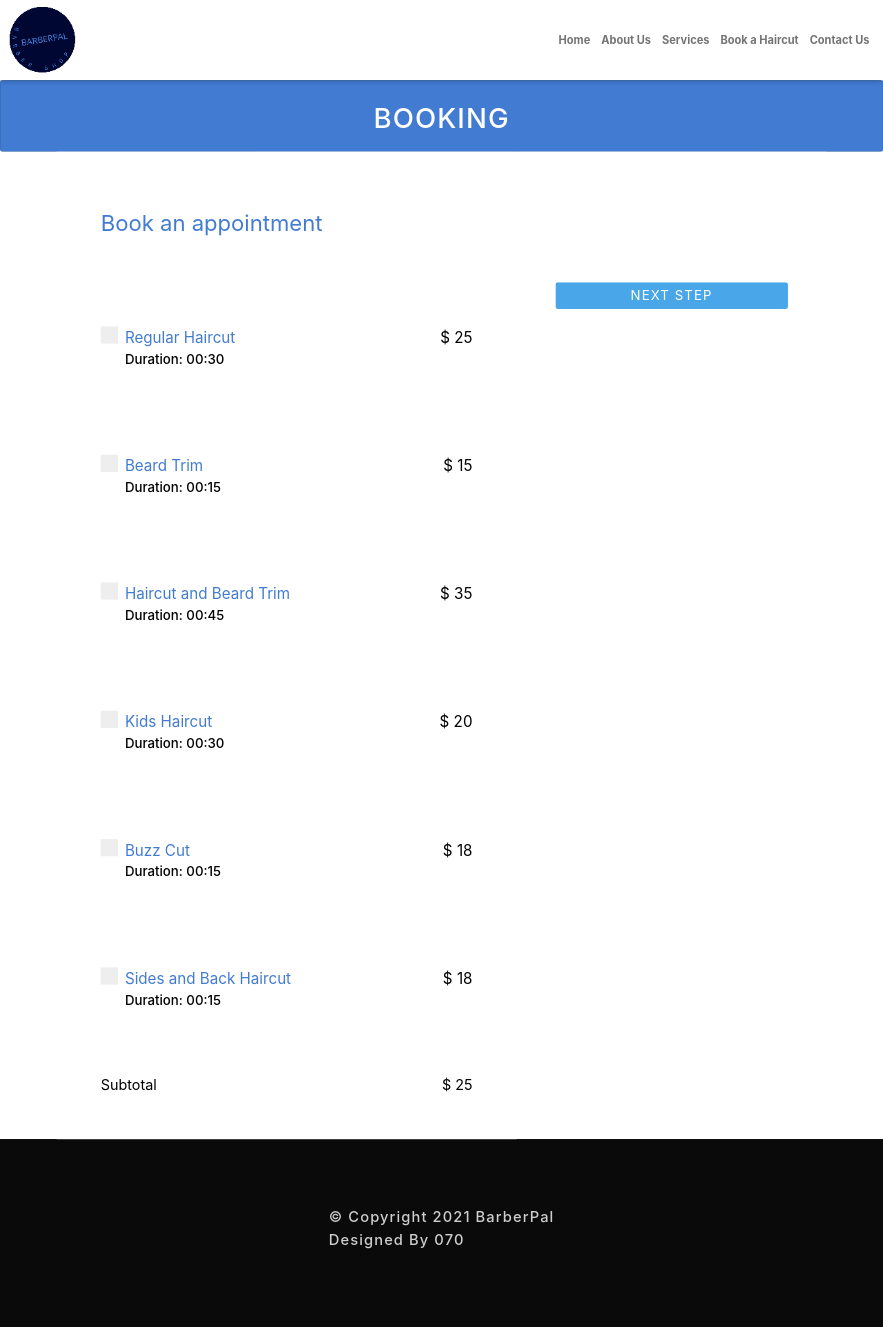
Repository: ofovweewere/haircutPal
Page: /services
An editor plug-in stored every save of this project. The page is shown before and after the next save, followed by the edit.
The browser window is 1280 px wide. The pictures show the whole page, at 69% of full size.
The project was rebuilt for these pictures with package versions that can differ from the ones it lists, and the page was loaded fresh each time. Also part of the build but not shown: src/tutorial/0-Practice/bookCut.js, src/tutorial/0-Practice/about.js, src/tutorial/0-Practice/servicesAndProducts.js, src/tutorial/0-Practice/contact.js, src/tutorial/0-Practice/landing.js, src/tutorial/0-Practice/checkboxOptionTwo.js, src/tutorial/0-Practice/error.js.

Above is the page before, as saved 2022-06-24 17:19:01.

After the next save:
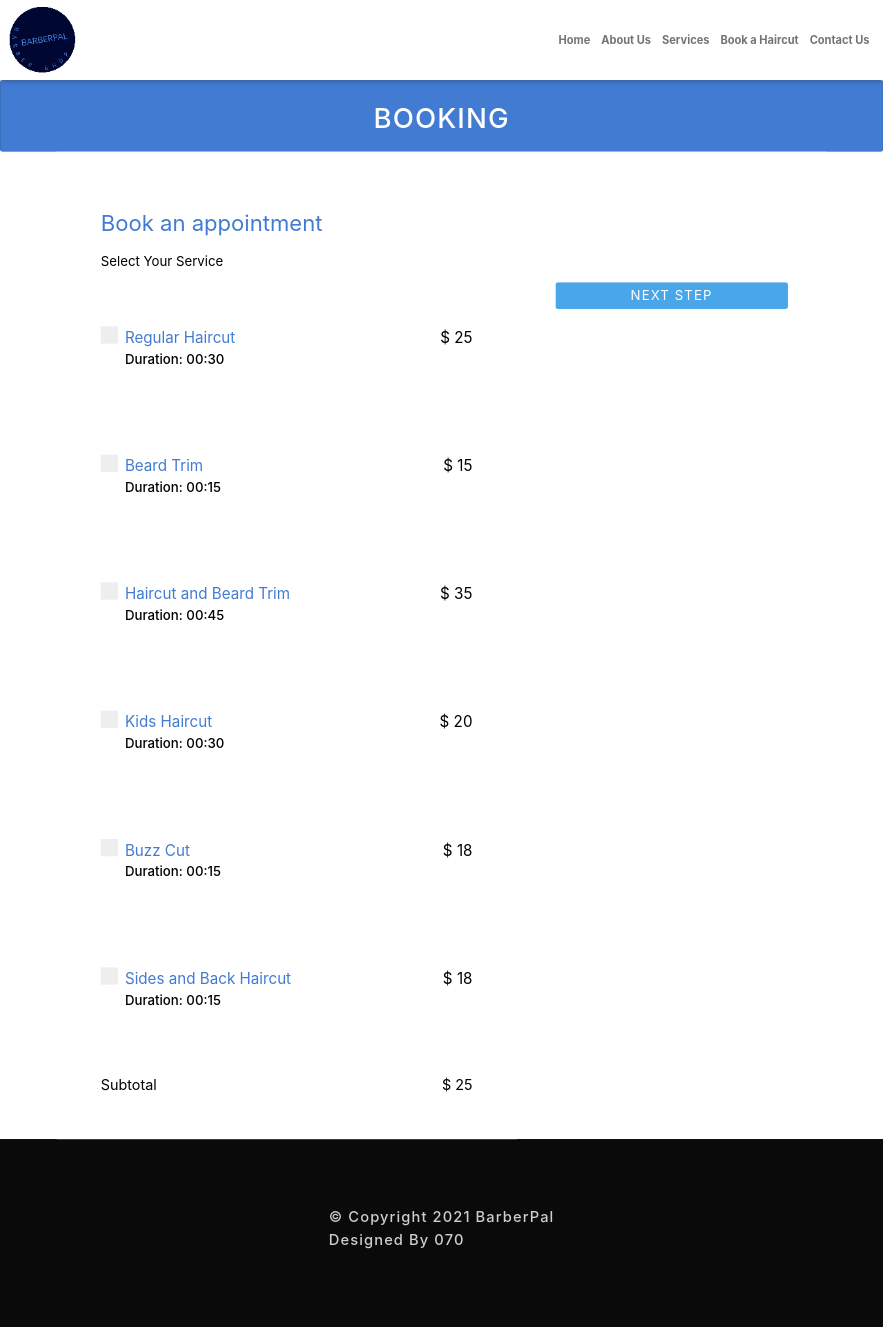
Saved 2 h 15 min later.
--- a/src/tutorial/0-Practice/booking.js
+++ b/src/tutorial/0-Practice/booking.js
@@ -38,7 +38,7 @@
       {screenSize === 'large' && (
         <div class="container" style={{ display: 'flex' }}>
           <div style={{flexGrow:'1'}}>
-            <Heading title="Book an appointment" description="Select Your Service" color='#427bd2' />
+            <Heading title="Book an appointment" description="Select Your Service" color='#427bd2'colorTwo='black'  />
             <CheckboxOption title="Regular Haircut" description="00:30" cost="25" />
             <CheckboxOption title="Beard Trim" description="00:15" cost="15" />
             <CheckboxOption title="Haircut and Beard Trim" description="00:45" cost="35" />
@@ -58,7 +58,7 @@
       {screenSize === 'small' && (
         <div class="container">
           <div style={{flexGrow:'1'}}>
-            <Heading title="Book an appointment" description="Select Your Service" color='#427bd2' />
+            <Heading title="Book an appointment" description="Select Your Service" color='#427bd2' colorTwo='black'  />
             <CheckboxOptionTwo title="Regular Haircut" description="00:30" cost="25" />
             <CheckboxOptionTwo title="Beard Trim" description="00:15" cost="15" />
             <CheckboxOptionTwo title="Haircut and Beard Trim" description="00:45" cost="35" />
